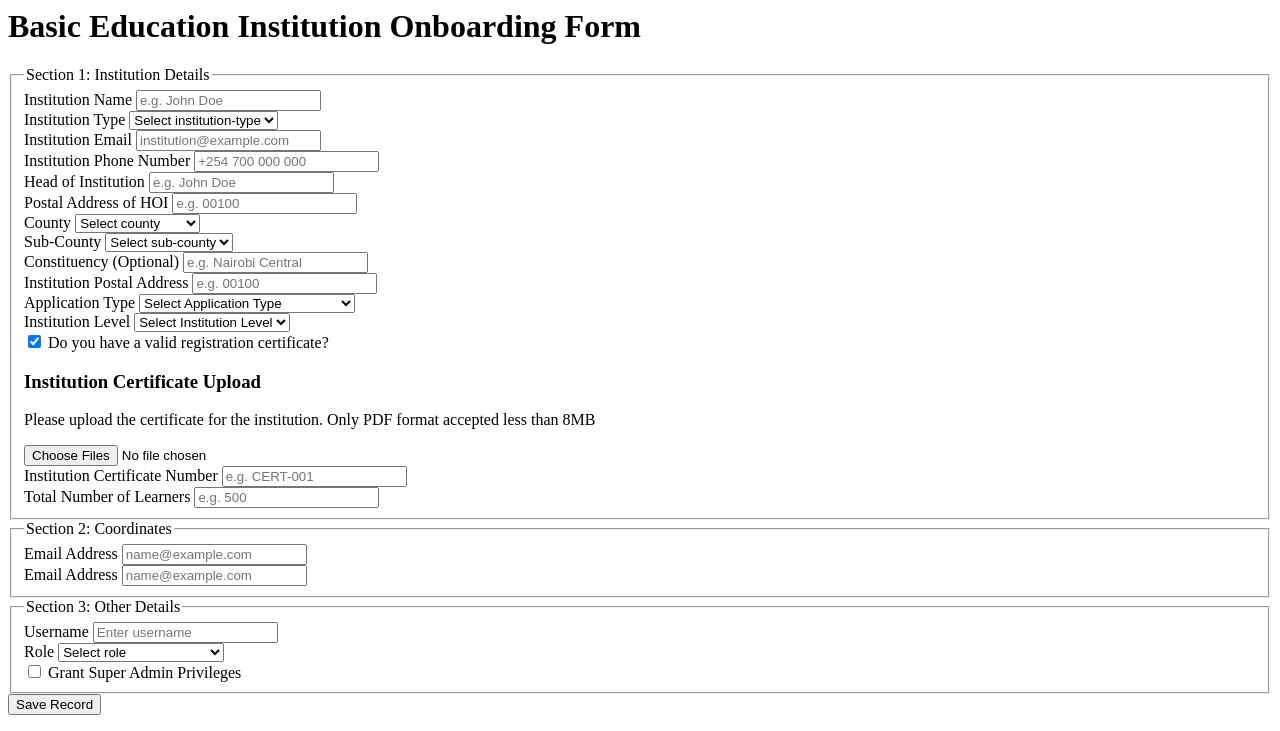
Repository: ndirituart/KEMIS
Page: angular-client/src/app/pages/basic-education/basic-education.html
The author's editor kept a copy of each file at every save. The page is drawn from the files as they stood at one save, then again after a run of saves.
The browser window is 1280 px wide. The pictures show the whole page.

Above is the page before, as saved 2026-10-20 21:43:20.

After the next 4 saves:
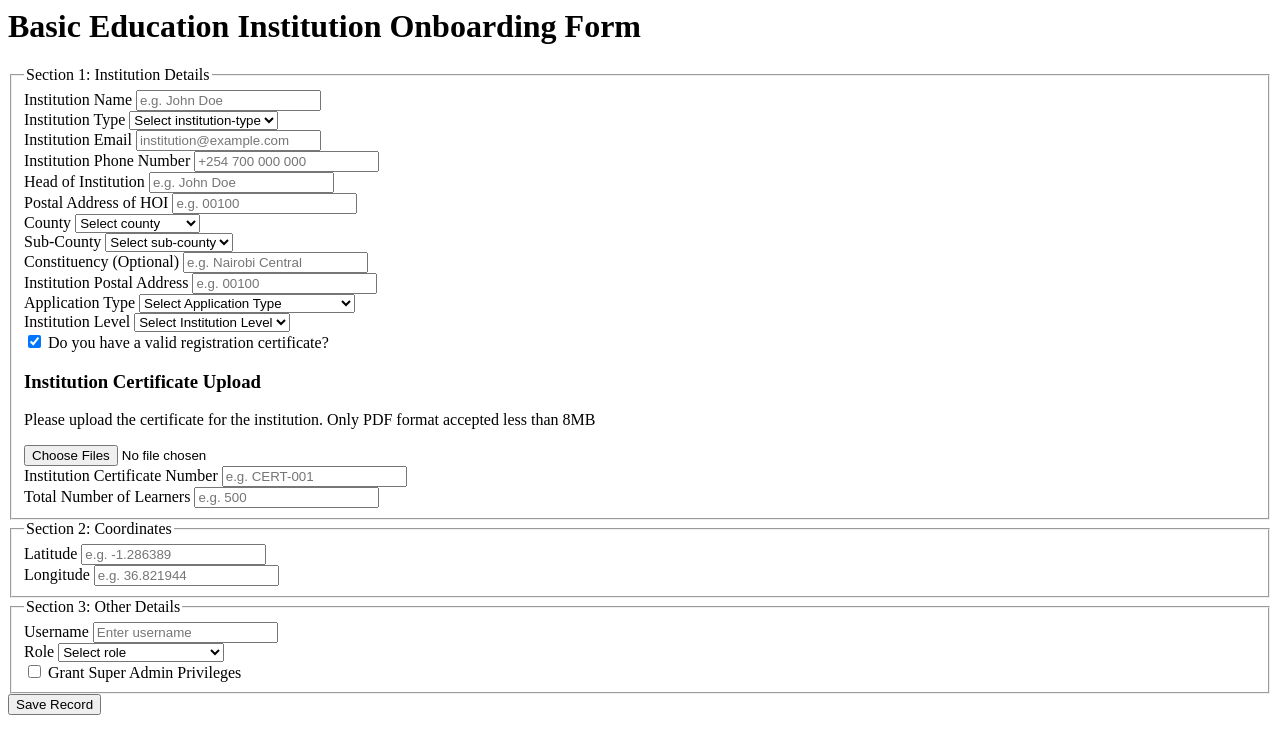
The 4 saves are shown as one change because they came seconds apart.
The last was saved 15 s later.
--- a/angular-client/src/app/pages/basic-education/basic-education.html
+++ b/angular-client/src/app/pages/basic-education/basic-education.html
@@ -186,16 +186,16 @@
     <legend class="float-none w-auto px-2 fs-5 fw-bold text-primary">Section 2: Coordinates</legend>
 
     <div class="row g-3">
-      <!-- Text Input -->
-      <div class="col-md-6">
-        <label for="emailId" class="form-label fw-semibold">Email Address</label>
-        <input type="emailId" class="form-control" id="emailId" name="emailId" placeholder="name@example.com" required>
-      </div>
-
-      <!-- Text Input -->
-      <div class="col-md-6">
-        <label for="emailId" class="form-label fw-semibold">Email Address</label>
-        <input type="emailId" class="form-control" id="emailId" name="emailId" placeholder="name@example.com" required>
+      <!-- Latitude -->
+      <div class="col-md-6">
+        <label for="latitude" class="form-label fw-semibold">Latitude</label>
+        <input type="number" class="form-control" id="latitude" name="latitude" placeholder="e.g. -1.286389" required>
+      </div>
+
+      <!-- Longitude -->
+      <div class="col-md-6">
+        <label for="longitude" class="form-label fw-semibold">Longitude</label>
+        <input type="number" class="form-control" id="longitude" name="longitude" placeholder="e.g. 36.821944" required>
       </div>
 
 
